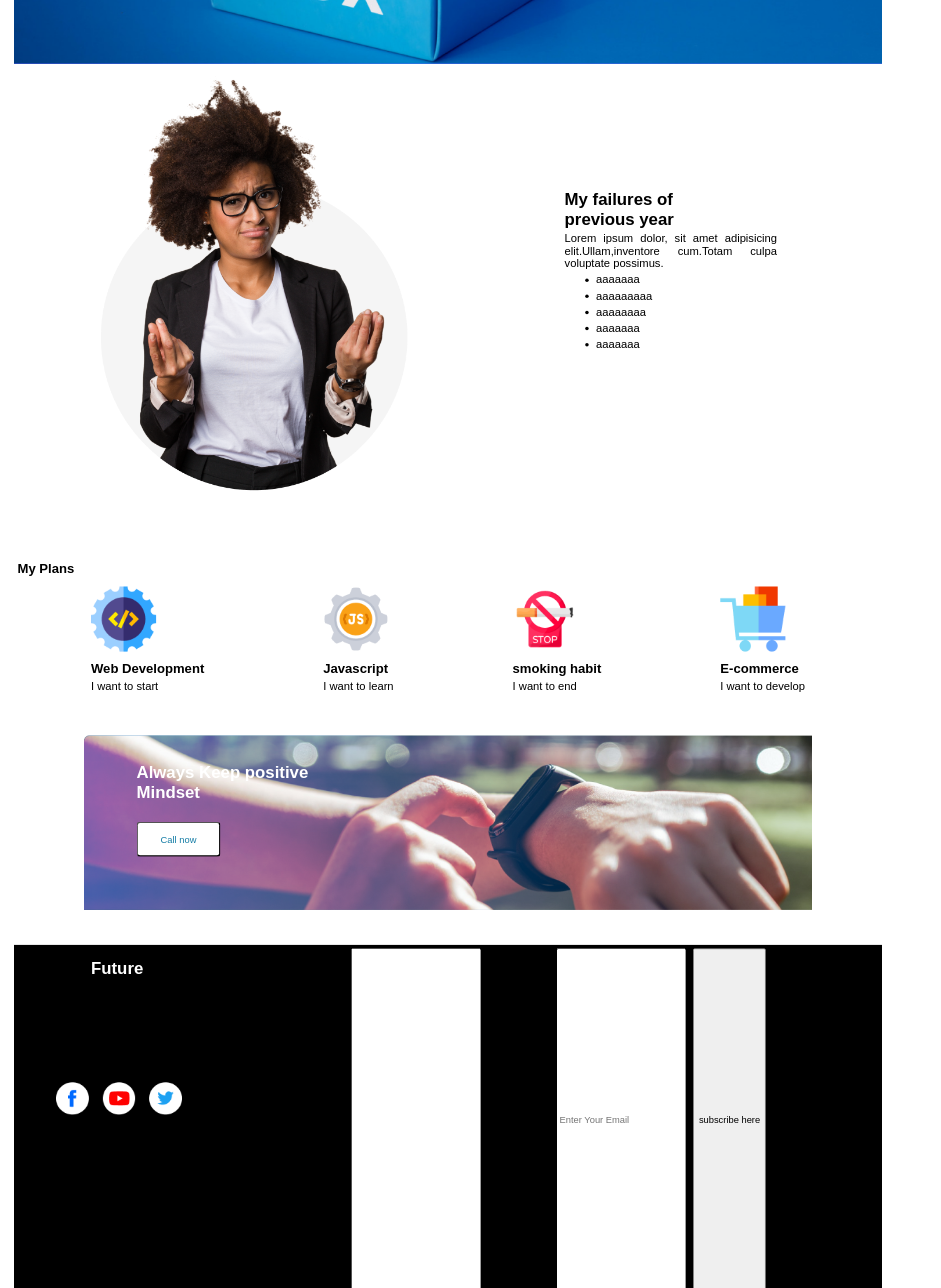
Repository: sadiaafsana138/All-Thinks-Are-Possible-Website
Page: index.html
An editor plug-in stored every save of this project. The page is shown before and after the next save, followed by the edit.
The browser window is 1280 px wide. The page is 1344 px wide, so the pictures cover 1344 px, including what lies to the right of the window. The pictures show the part of the page from y = 727 to 2567 px (the page is 2587 px tall), at 70% of full size.

Above is the page before, as saved 2023-01-08 13:38:26.

### index.html
<!DOCTYPE html>
<html lang="en">

<head>
    <meta charset="UTF-8">
    <meta http-equiv="X-UA-Compatible" content="IE=edge">
    <meta name="viewport" content="width=device-width, initial-scale=1.0">
    <title>First Website</title>
    <link rel="stylesheet" href="styles/web.css">
</head>

<body>
    <!-- header -->
    <header>
        <section class="section1">
            <div>
                <h1 id="head-text1">
                    All Thinks Are<br>Possible If You<br>believe
                </h1>
                <p id="head-text2">Lorem ipsum dolor sit consectetur adipisicing<br>elit.Veritatis quisquam
                    necessitatibus <br>quod rem vel modi laboriosam doloribus<br>laborum dolorem?
                </p>
                <button id="button1">
                    Contact Us
                </button>
            </div>
        </section>
    </header>
    <main>
        <!--second section-->
        <section class="section2">
            <div id="sec2details">
                <img id="sec2img" src="images/person.png" alt="person">
                <div id="sec2text">
                    <h2>
                        My failures of <br>
                        previous year
                    </h2>
                    <p>Lorem ipsum dolor, sit amet adipisicing
                        elit.Ullam,inventore cum.Totam culpa voluptate possimus.
                    <ul>
                        <li>aaaaaaa</li>
                        <li>aaaaaaaaa</li>
                        <li>aaaaaaaa</li>
                        <li>aaaaaaa</li>
                        <li>aaaaaaa</li>
                    </ul>
                    </p>
                </div>
            </div>
        </section>

        <!--section 3-->
        <section class="section3">
            <h3>
                My Plans
            </h3>
            <div id="sec3details">

                <div>
                    <img src="images/icons/web.png" alt="" class="center"><br>
                    <H3>Web Development</H3>
                    <p>I want to start</p>
                </div>
                <div>
                    <img src="images/icons/js.png" alt="" class="center"><br>
                    <H3>Javascript</H3>
                    <p>I want to learn</p>
                </div>
                <div>
                    <img src="images/icons/smoke.png" alt="" class="center"><br>
                    <H3>smoking habit</H3>
                    <p>I want to end</p>
                </div>
                <div>
                    <img src="images/icons/ecom.png" alt="" class="center"><br>
                    <H3>E-commerce</H3>
                    <p>I want to develop</p>
                </div>
            </div>
            <div id="mindset">

                <div id="mindsetxt">
                    <h1>Always Keep positive
                        <br>Mindset
                    </h1><br>
                    <button id="button2">Call now</button>
                </div>
            </div>
        </section>

    </main>
    <footer>
        <Section class="Footer">
            <div id="footerdetails">
                <h2>Future</h2><br>
                <p>Lorem ipsum dolor sit amet consectetur adipisicing elit.<br>Totam ullam accusamus sequi dolor dolores
                    suscipit dignissimos
                </p>
                <p>Email: XXXXXX@gmail.com</p>
                <P>phone-no: 01516656595</P><br>
                <ul>
                    <li><img src="images/icons/fb.png" alt=""></li>
                    <li><img src="images/icons/youtube.png" alt=""></li>
                    <li><img src="images/icons/twitter.png" alt=""></li>
                </ul>
            </div>
            <input>
            <h3>subscribe</h3><br>
            <input type="email" placeholder="Enter Your Email">

            <br>
            <button>subscribe here</button>
            </div>
        </Section>
    </footer>
</body>

</html>

### styles/web.css
*{
margin: 5px 5px ;
font-family: Arial, Helvetica, sans-serif;
}
.section1{
    background-image:url(../images/banner/banner3.png);
    height: 808px;
    width:cover;
    background-repeat: no-repeat;
    background-color: blue;

}
#head-text1{
    color: white;
    padding-left: 50% ;
    padding-right:5%;
    padding-top: 20%;
    text-align: right;
    Font-style: Bold;
}
#head-text2{
    color: white;
    padding-left: 50% ;
    padding-right:5%;
    text-align: right;
}
#button1{
    margin-top: 10px;
    width: 160px;
    height: 56px;
    left: 640px;
    top: 438px;
    text-align: center;
    align-items: right;
    background: white;
    border-radius: 5px;
    margin-right: 150px;
    margin-left: 82%;
    align-content: right;
}
#sec2details{
    display: flex;
    width: 1000px;
    height: 700px;
    margin-left: 100px;
    margin-right: 100px;
}
#sec2img{
    align-items: center;

    margin-bottom:20%;
    height: 600px;
    width: 500px;
}
#sec2text{
        text-align: justify;
        margin-left:20%;
        margin-top: 17%;
        margin-bottom: 20%;
}

.section3 .h3,.p{
   text-align: center;
   color:rgb(88, 81, 81)
}

#sec3details{
    display: flex;
    justify-content: space-between;
    margin-left: 100px;
    margin-right: 100px;
}
#mindset{
    margin-left: 100px;
    margin-right: 100px;
    background-image: url(../images/gradient1.png) ,url(../images/watch.png);
    background-repeat: no-repeat, repeat;
    background-blend-mode:lighten;
    height: 250px;
}
#mindsetxt h1{
    text-align: left;
    margin-left: 70px;
    margin-top: 50px;
    padding-top: 40px;
    color: white;
}
#button2{
    margin-top: 5px;
    width: 120px;
    height: 50px;
    text-align: center;
    align-items: left;
    background: white;
    border-radius: 5px;
    margin-left: 70px;
    align-content:left;
    color: rgb(20, 124, 165);

}
.Footer{
    margin-top: 50px;
    height: 500px;
    width: cover;
    background-color: black;
    display: flex;
}
#footerdetails h2{
    padding-top: 10px;
    color: white;
    text-align:left;
    padding-left: 100px;
}
#footerdetails ul{
    display: flex;

}

After the next save:
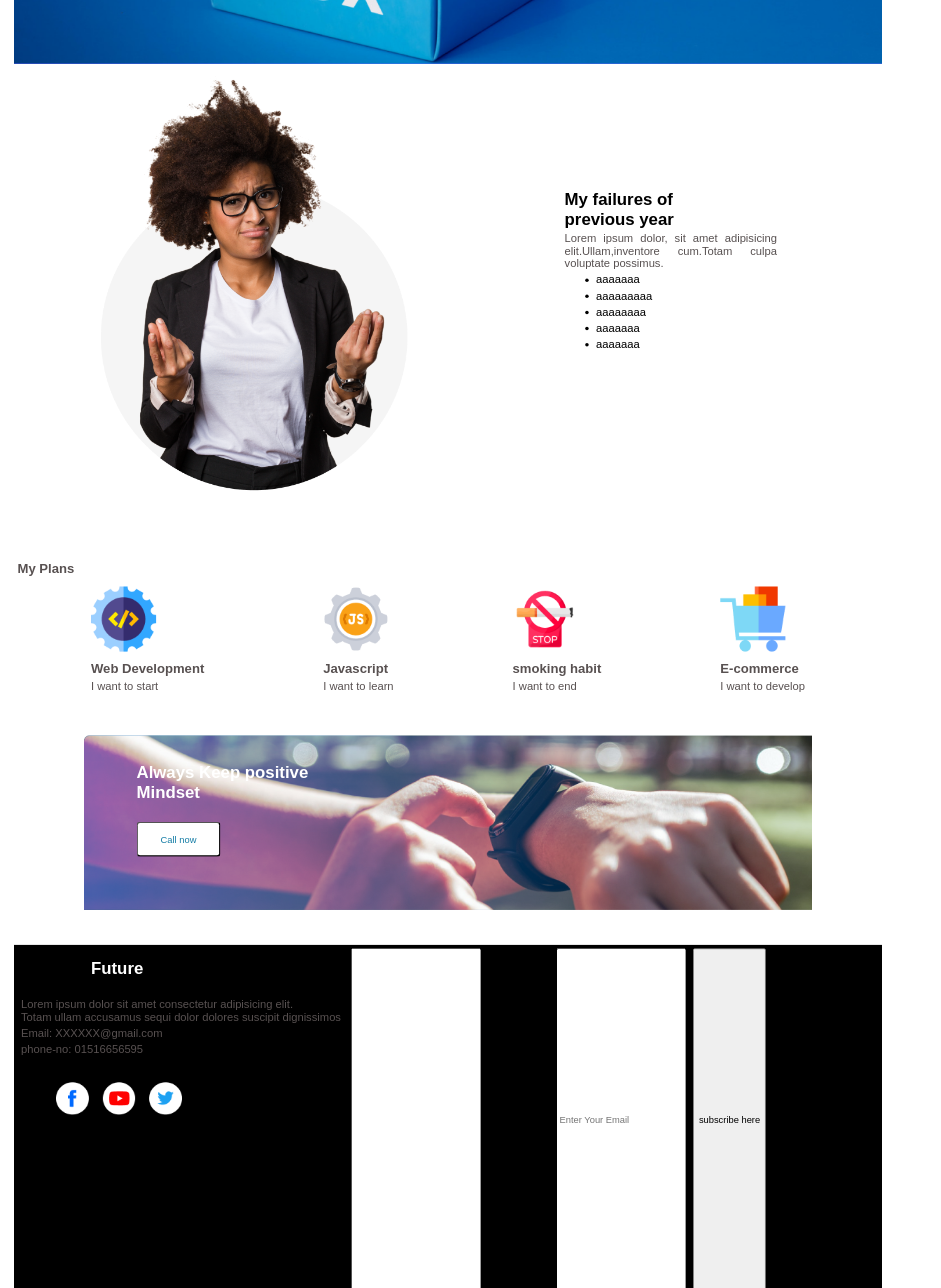
Saved 54 s later.
--- a/styles/web.css
+++ b/styles/web.css
@@ -59,8 +59,8 @@ font-family: Arial, Helvetica, sans-serif;
         margin-bottom: 20%;
 }
 
-.section3 .h3,.p{
-   text-align: center;
+.section3 h3,p{
+
    color:rgb(88, 81, 81)
 }
 
